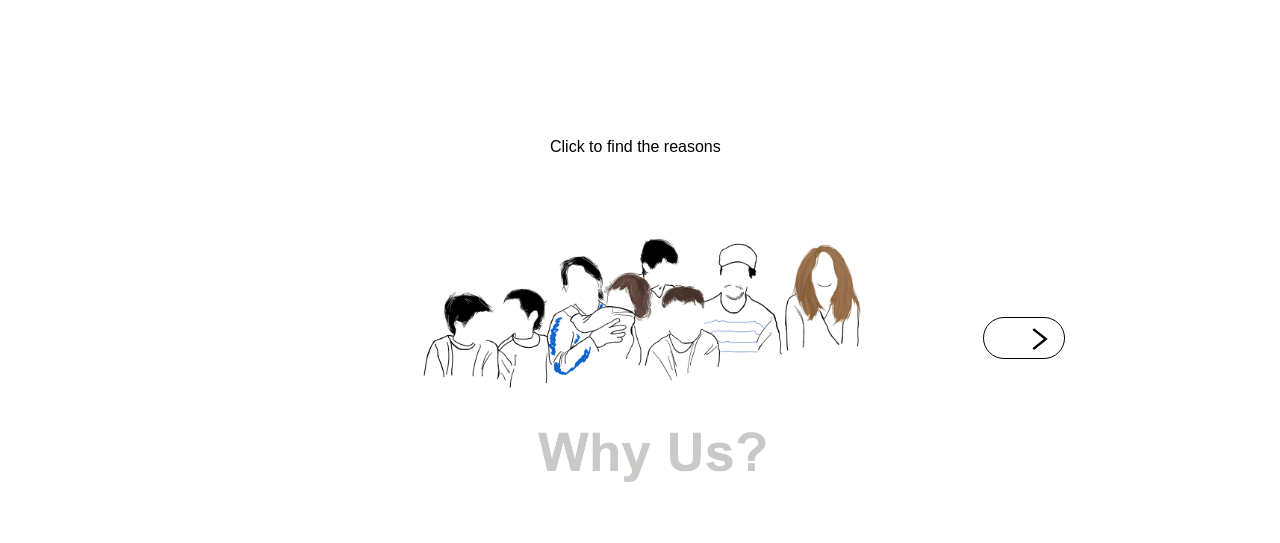
Repository: Lettie123/webpr4
Page: dis.html
An editor plug-in stored every save of this project. The page is shown before and after the next save, followed by the edit.
The browser window is 1280 px wide. The pictures show the whole page.

Above is the page before, as saved 2020-12-03 12:41:05.

After the next save:
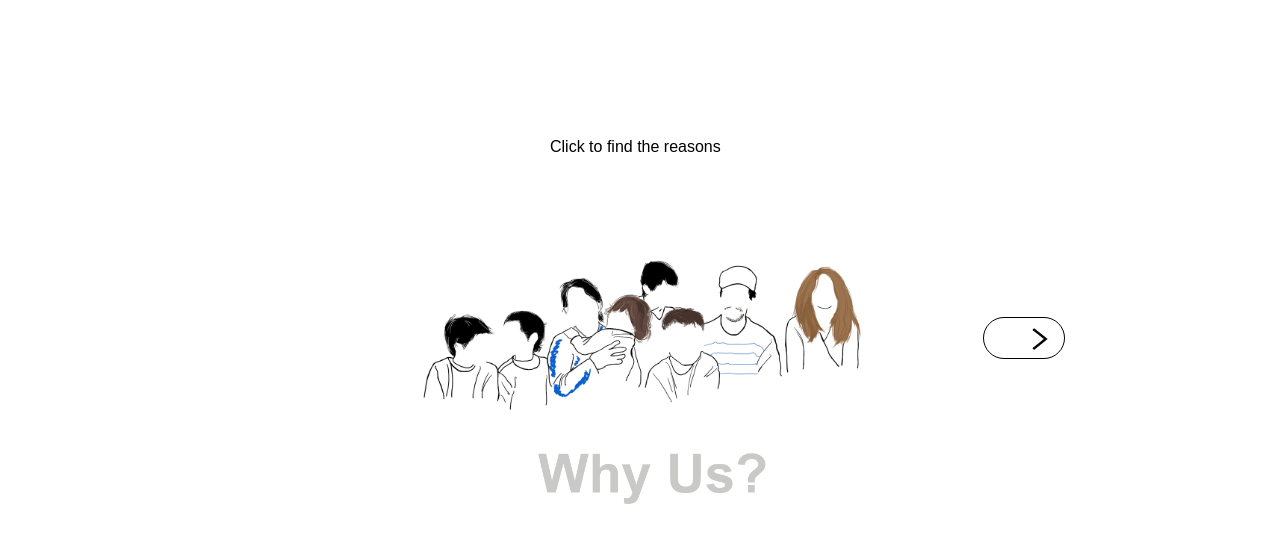
Saved 33 s later.
--- a/dis.html
+++ b/dis.html
@@ -13,12 +13,12 @@
         </h1>
         </div>
     </div>
-        <div id="whyusfm" style="width:35%; position:absolute; top:27%; left:0%;">
+        <div id="whyusfm" style="width:35%; position:absolute; top:30%; left:0%;">
         <span>
             <img src="po/28.png" style="width:100% ;" >
         </span>
         </div>
-        <div id="whyus"style="width:18%; position:absolute; top:59%; left:42%;">
+        <div id="whyus"style="width:18%; position:absolute; top:62%; left:42%;">
             <span>
                 <img src="txt/whyus0.png" style="width:100% ;" >
             </span>
